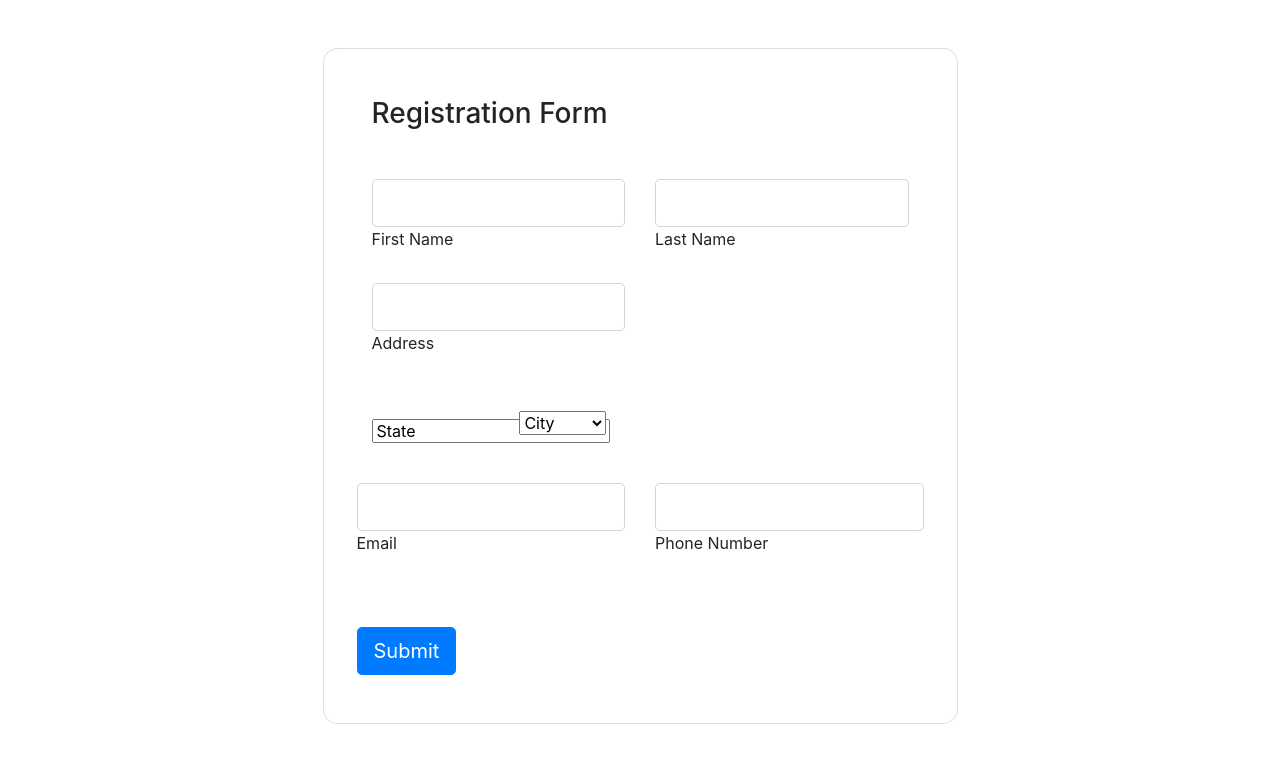
Repository: KeithKeithZ/libapp
Page: http://localhost/userRegister
These files come from the project's save history. The page is drawn as it stood at one moment and after the next save; the edit follows.
The browser window is 1280 px wide. The pictures show the whole page.
The page is served by the project's Laravel application, run on PHP 8.4 with Laravel 8. Other server files are loaded and not shown.

Above is the page before, as saved 2021-12-03 12:58:45.

### routes/web.php
<?php

use Illuminate\Support\Facades\Route;

/*
|--------------------------------------------------------------------------
| Web Routes
|--------------------------------------------------------------------------
|
| Here is where you can register web routes for your application. These
| routes are loaded by the RouteServiceProvider within a group which
| contains the "web" middleware group. Now create something great!
|
*/

Route::get('/', function () {
    return view('welcome');
});

Route::get('/Users', function () {
    return view('users');
});

Route::get('/userLogin', function () {
    return view('userSignIn');
});

Route::get('/userRegister', function () {
    return view('userRegister');
});

### resources/views/userRegister.blade.php
<!DOCTYPE html>
<html lang="{{ str_replace('_', '-', app()->getLocale()) }}">
    <head>
        <title>Bootstrap Example</title>
        <meta charset="utf-8">
        <meta name="viewport" content="width=device-width, initial-scale=1">
        <link rel="stylesheet" href="https://stackpath.bootstrapcdn.com/bootstrap/4.1.3/css/bootstrap.min.css" integrity="sha384-MCw98/SFnGE8fJT3GXwEOngsV7Zt27NXFoaoApmYm81iuXoPkFOJwJ8ERdknLPMO" crossorigin="anonymous">
        <script src="https://code.jquery.com/jquery-3.3.1.slim.min.js" integrity="sha384-q8i/X+965DzO0rT7abK41JStQIAqVgRVzpbzo5smXKp4YfRvH+8abtTE1Pi6jizo" crossorigin="anonymous"></script>
        <script src="https://cdnjs.cloudflare.com/ajax/libs/popper.js/1.14.3/umd/popper.min.js" integrity="sha384-ZMP7rVo3mIykV+2+9J3UJ46jBk0WLaUAdn689aCwoqbBJiSnjAK/l8WvCWPIPm49" crossorigin="anonymous"></script>
        <script src="https://stackpath.bootstrapcdn.com/bootstrap/4.1.3/js/bootstrap.min.js" integrity="sha384-ChfqqxuZUCnJSK3+MXmPNIyE6ZbWh2IMqE241rYiqJxyMiZ6OW/JmZQ5stwEULTy" crossorigin="anonymous"></script>
    </head>

    <section class="vh-100 gradient-custom">
        <div class="container py-5 h-100">
            <div class="row justify-content-center align-items-center h-100">
            <div class="col-12 col-lg-9 col-xl-7">
                <div class="card shadow-2-strong card-registration" style="border-radius: 15px;">
                <div class="card-body p-4 p-md-5">
                    <h3 class="mb-4 pb-2 pb-md-0 mb-md-5">Registration Form</h3>
                    <form>

                    <div class="row">
                        <div class="col-md-6 mb-4">

                        <div class="form-outline">
                            <input type="text" id="firstName" class="form-control form-control-lg" />
                            <label class="form-label" for="firstName">First Name</label>
                        </div>

                        </div>
                        <div class="col-md-6 mb-4">

                        <div class="form-outline">
                            <input type="text" id="lastName" class="form-control form-control-lg" />
                            <label class="form-label" for="lastName">Last Name</label>
                        </div>

                        </div>
                    </div>

                    <div class="row">
                        <div class="col-md-6 mb-4 d-flex align-items-center">

                        <div class="form-outline mb-4">
                            <input type="text" id="form3Example8" class="form-control form-control-lg" />
                            <label class="form-label" for="form3Example8">Address</label>
                        </div>

                        </div>

                        <div class="row">
                            <div class="col-md-6 mb-4 d-flex align-items-center">
                                <div class="col-md-10 mb-2">
                                    <select>
                                        <option value="1">State</option>
                                        <option value="2">Alberta</option>
                                        <option value="3">British Columbia</option>
                                        <option value="4">Manitoba</option>
                                        <option value="5">New Brunswick</option>
                                        <option value="6">Newfoundland and Labrador</option>
                                        <option value="7">Northwest Territories</option>
                                        <option value="8">Nova Scotia</option>
                                        <option value="9">Nunavut</option>
                                        <option value="10">Ontario</option>
                                        <option value="11">Prince Edward Island</option>
                                        <option value="12">Quebec</option>
                                        <option value="13">Saskatchewan</option>
                                        <option value="14">Yukon</option>
                                    </select>
                                </div>

                                <div class="col-md-6 mb-4">

                                    <select class="select">
                                        <option value="1">City</option>
                                        <option value="2">Option 1</option>
                                        <option value="3">Option 2</option>
                                        <option value="4">Option 3</option>
                                    </select>
                                </div>
                            </div>
                        </div>

                    <div class="row">
                        <div class="col-md-6 mb-4 pb-2">

                        <div class="form-outline">
                            <input type="email" id="emailAddress" class="form-control form-control-lg" />
                            <label class="form-label" for="emailAddress">Email</label>
                        </div>

                        </div>
                        <div class="col-md-6 mb-4 pb-2">

                        <div class="form-outline">
                            <input type="tel" id="phoneNumber" class="form-control form-control-lg" />
                            <label class="form-label" for="phoneNumber">Phone Number</label>
                        </div>

                        </div>
                    </div>

                    <div class="mt-4 pt-2">
                        <input class="btn btn-primary btn-lg" type="submit" value="Submit" />
                    </div>

                    </form>
                </div>
                </div>
            </div>
            </div>
        </div>
    </section>

</html>

After the next save:
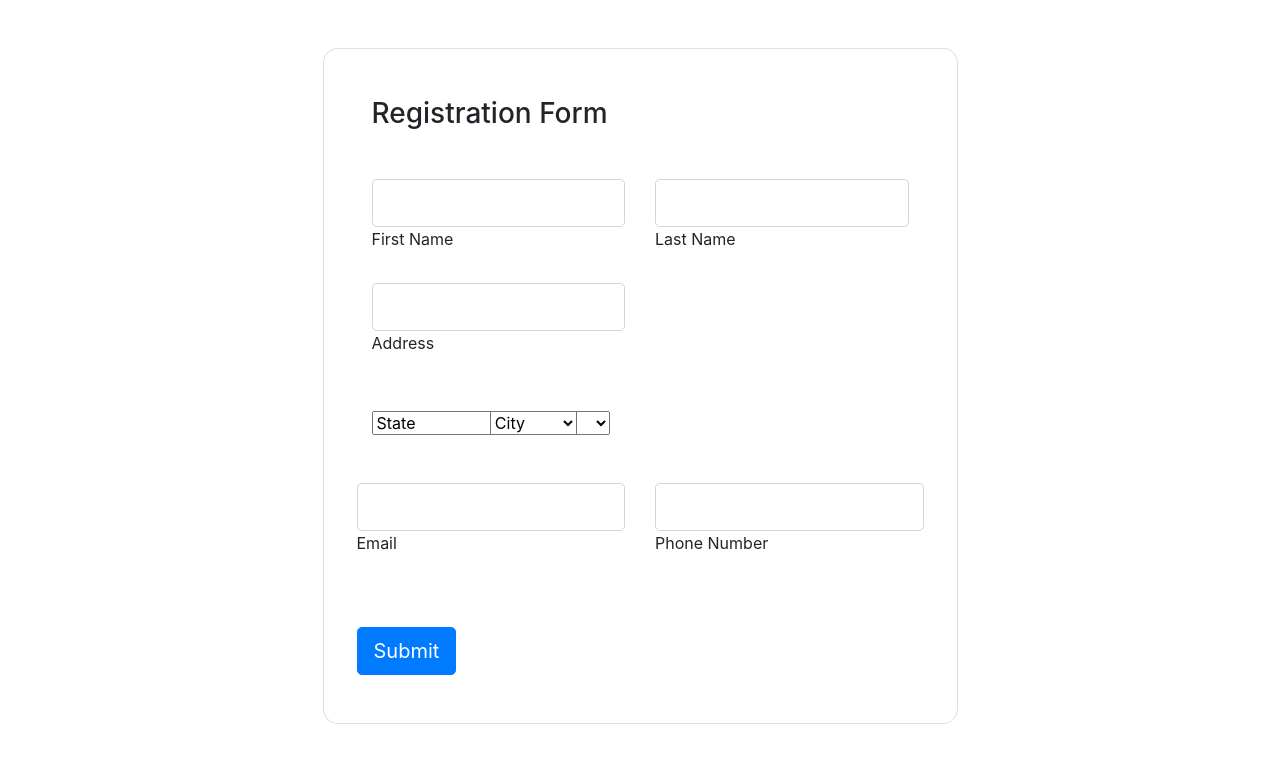
Saved 7 s later.
--- a/resources/views/userRegister.blade.php
+++ b/resources/views/userRegister.blade.php
@@ -50,7 +50,7 @@
 
                         <div class="row">
                             <div class="col-md-6 mb-4 d-flex align-items-center">
-                                <div class="col-md-10 mb-2">
+                                <div class="col-md-8 mb-4">
                                     <select>
                                         <option value="1">State</option>
                                         <option value="2">Alberta</option>
